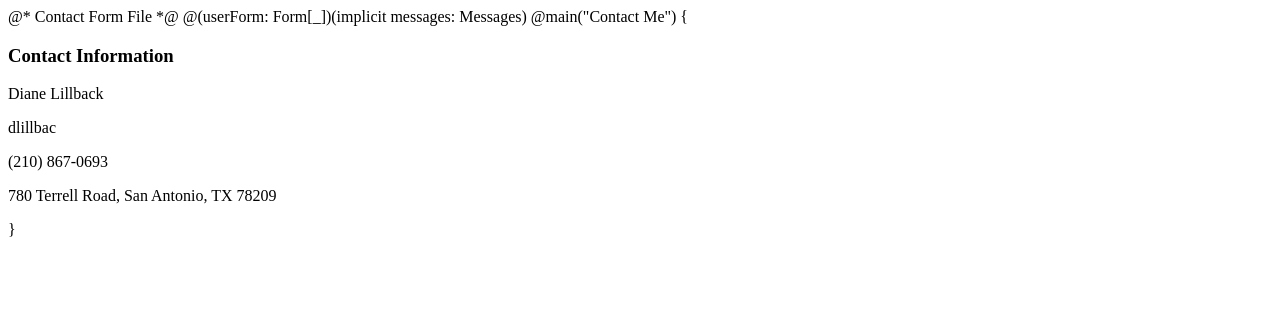
Repository: arthurfeeney/Interior-Design
Page: server/app/views/contact.scala.html
The author's editor kept a copy of each file at every save. The page is drawn from the files as they stood at one save, then again after the next save.
The browser window is 1280 px wide. The pictures show the whole page.

Above is the page before, as saved 2019-03-31 20:00:35.

### server/app/views/contact.scala.html
@* Contact Form File *@
@(userForm: Form[_])(implicit messages: Messages)

@main("Contact Me") {
<h3> Contact Information</h3>
<p>
  Diane Lillback
</p>
<p>
  dlillbac
</p>
<p>
  (210) 867-0693
</p>
<p>
  780 Terrell Road, San Antonio, TX 78209
</p>


}

After the next save:
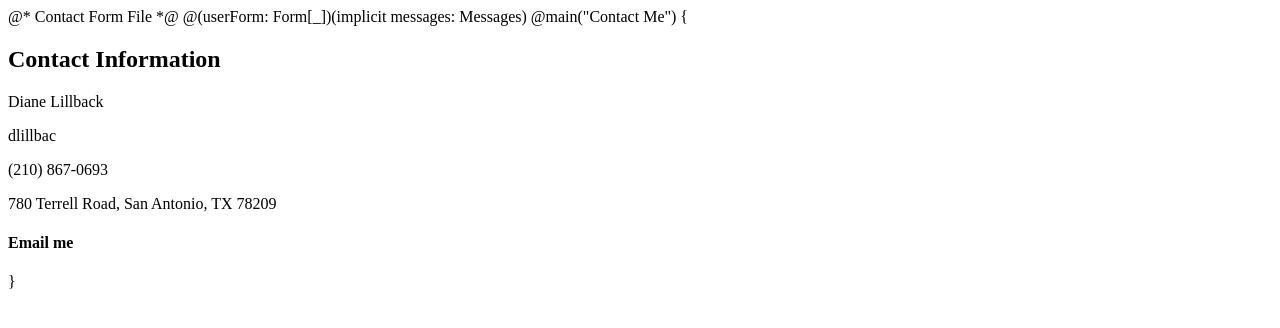
Saved 25 s later.
--- a/server/app/views/contact.scala.html
+++ b/server/app/views/contact.scala.html
@@ -2,7 +2,7 @@
 @(userForm: Form[_])(implicit messages: Messages)
 
 @main("Contact Me") {
-<h3> Contact Information</h3>
+<h2> Contact Information</h2>
 <p>
   Diane Lillback
 </p>
@@ -16,5 +16,7 @@
   780 Terrell Road, San Antonio, TX 78209
 </p>
 
+<h4> Email me</h4>
+
 
 }
